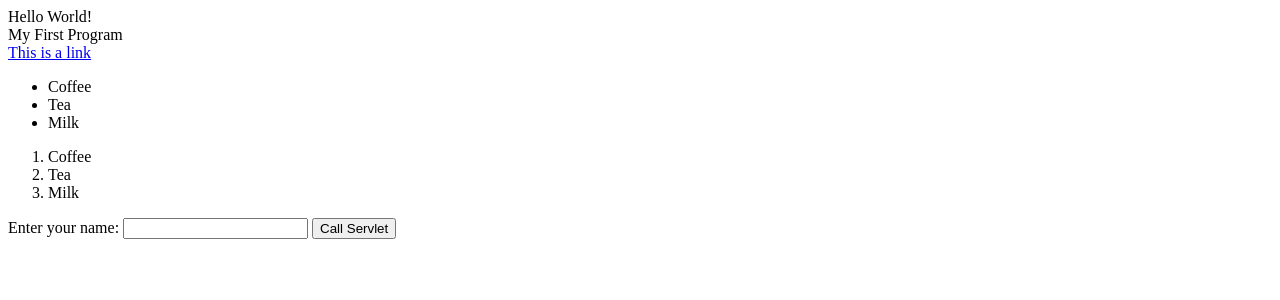
Repository: JayaramaNalka/Read-And-Sort-Name-in-Text-File
Page: http://localhost/HelloWorldJSP/helloWorld.jsp
An editor plug-in stored every save of this project. The page is shown before and after the next save, followed by the edit.
The browser window is 1280 px wide. The pictures show the whole page.
The page is served by Tomcat 9.

Above is the page before, as saved 2018-07-10 10:32:05.

After the next save:
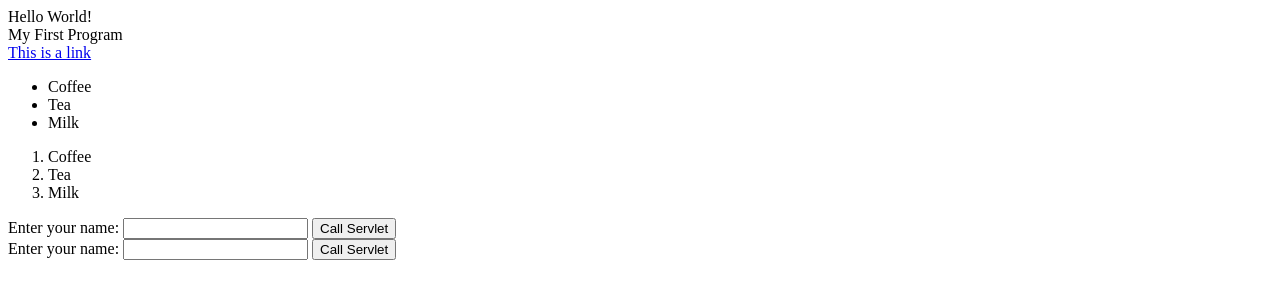
Saved 63 s later.
--- a/HelloWorldJSP/WebContent/helloWorld.jsp
+++ b/HelloWorldJSP/WebContent/helloWorld.jsp
@@ -29,5 +29,10 @@
     <input type="submit" value="Call Servlet" />
 </form>
 
+<form action="/MyServlet" method="post">
+    Enter your name: <input type="text" name="yourName" size="20">
+    <input type="submit" value="Call Servlet" />
+</form>
+
 </body>
 </html>
